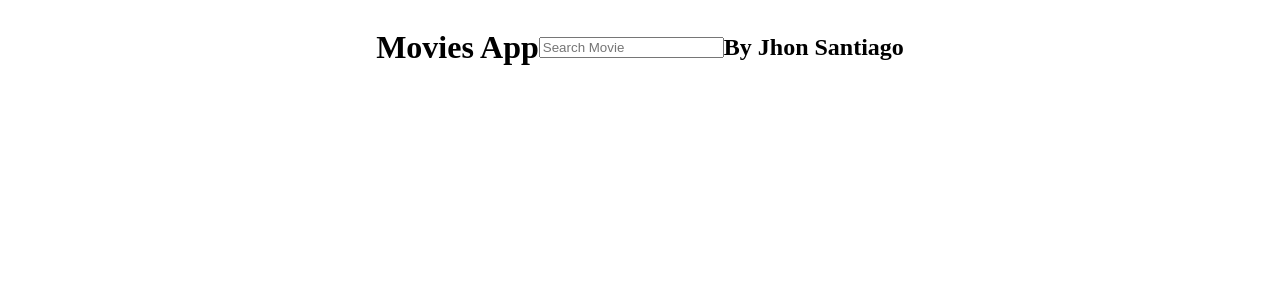
Repository: jhonenmanuel1/movies-get-info-fetch
Page: /
These files come from the project's save history. The page is drawn as it stood at one moment and after the next save; the edit follows.
The browser window is 1280 px wide. The pictures show the whole page.
The page's requests for data from a server got no answer. The project was rebuilt for these pictures with package versions that can differ from the ones it lists, and the page was loaded fresh each time. No one was signed in, and anything a server would have sent is missing. Also part of the build but not shown: src/App.css.

Above is the page before, as saved 2022-06-15 21:53:24.

After the next save:
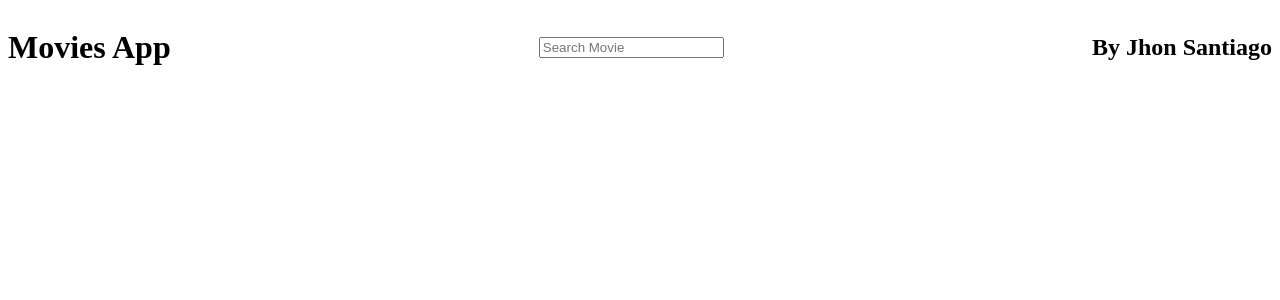
Saved 2 min 13 s later.
--- a/src/styles/MovieHeader.css
+++ b/src/styles/MovieHeader.css
@@ -2,4 +2,5 @@
     display: flex;
     align-items: center;
     justify-content: center;
+    justify-content: space-between
 }

After the save that followed:
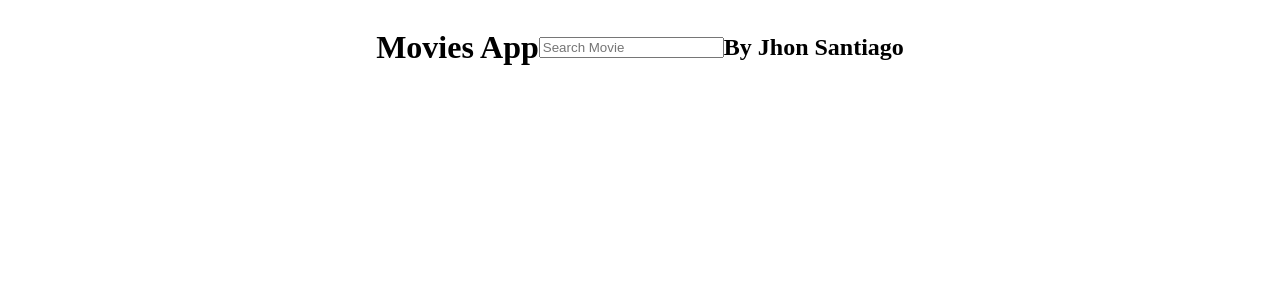
Saved 17 s later.
--- a/src/styles/MovieHeader.css
+++ b/src/styles/MovieHeader.css
@@ -2,5 +2,5 @@
     display: flex;
     align-items: center;
     justify-content: center;
-    justify-content: space-between
+    justify-content: space-between-1px;
 }
